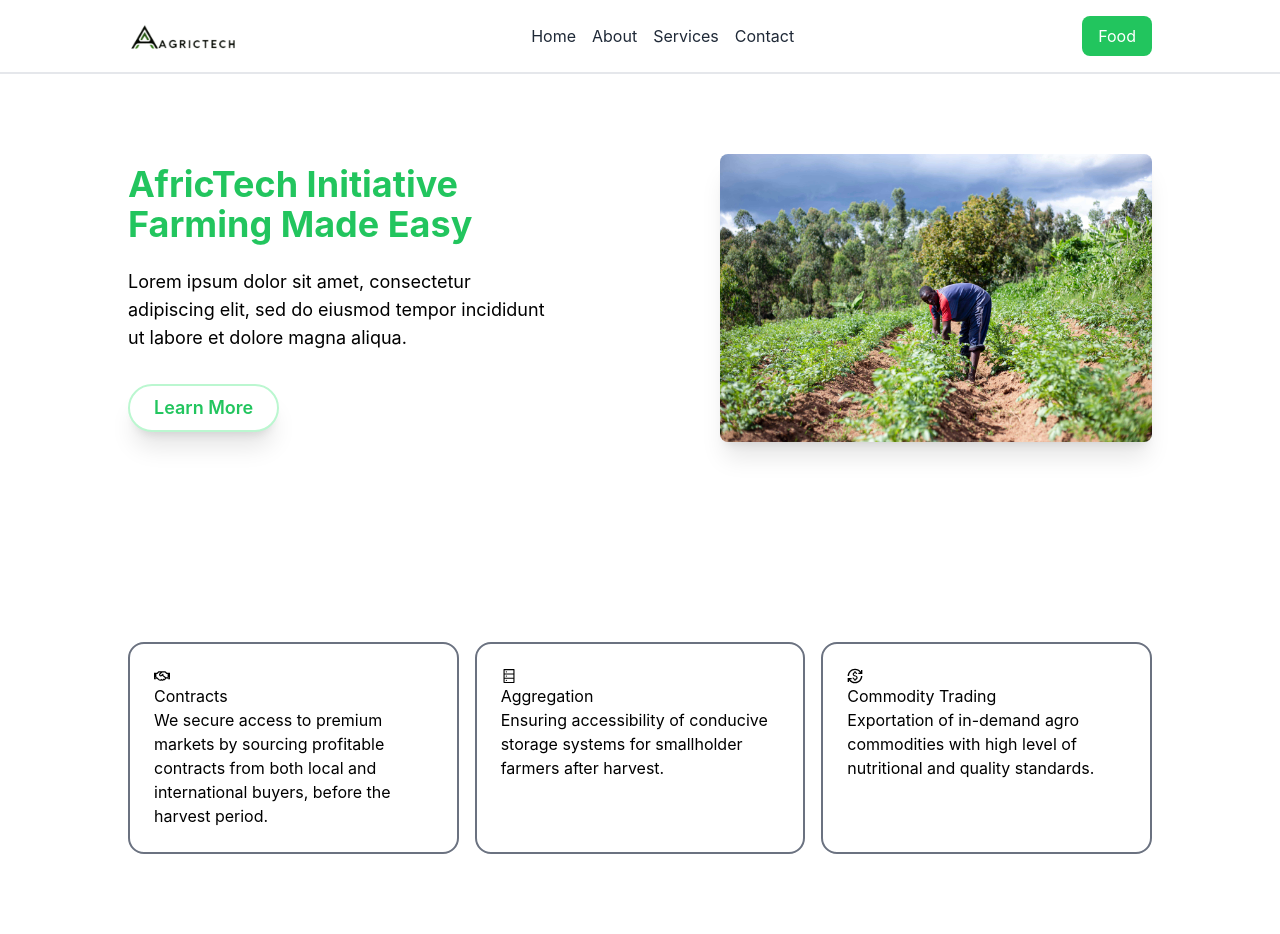
Repository: akinolapo/agric-tech
Page: /
These files come from the project's save history. The page is drawn as it stood at one moment and after the next save; the edit follows.
The browser window is 1280 px wide. The pictures show the whole page.
The project was rebuilt for these pictures with package versions that can differ from the ones it lists, and the page was loaded fresh each time.

Above is the page before, as saved 2023-05-27 09:27:00.

After the next save:
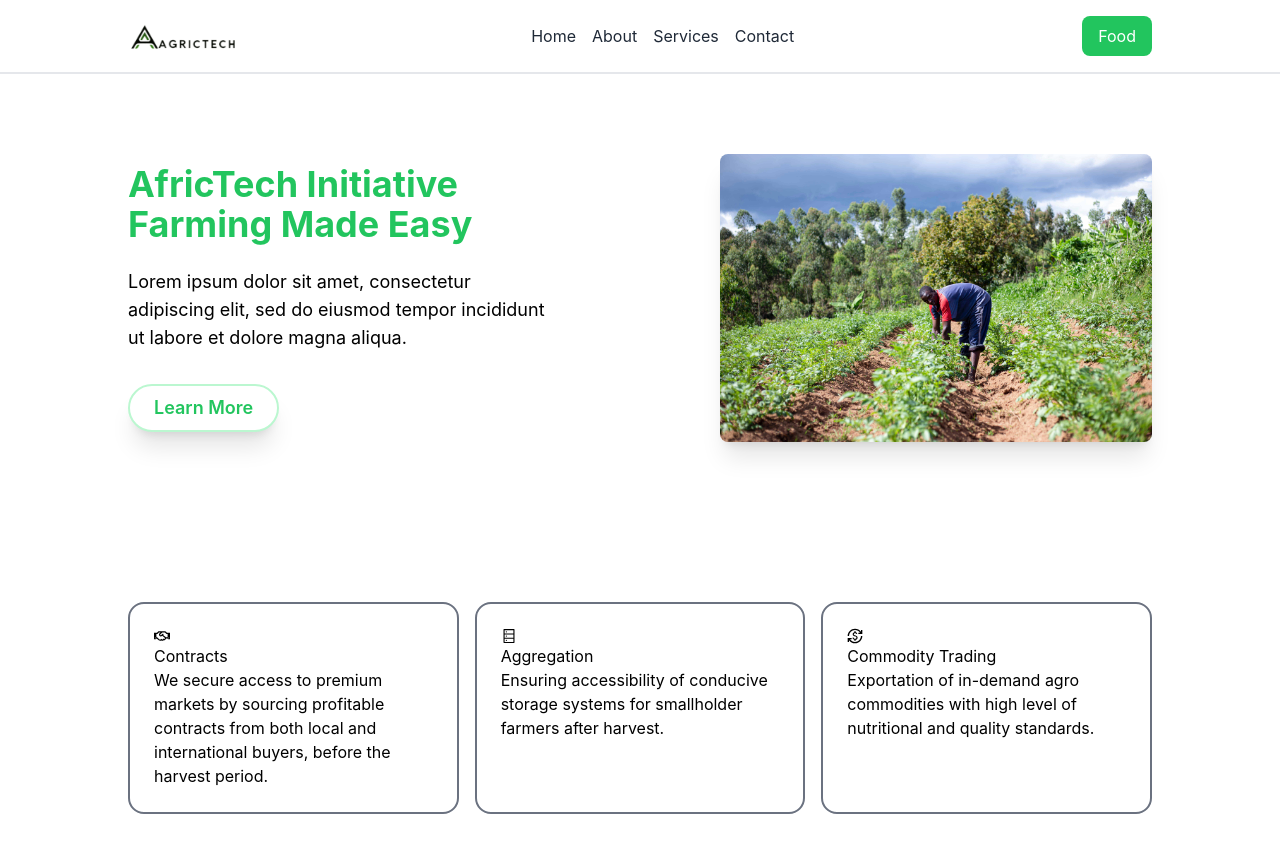
Saved 11 s later.
--- a/src/components/Value.jsx
+++ b/src/components/Value.jsx
@@ -29,7 +29,7 @@ const data= [
 
 const Value = () => {
   return (
-    <div className='mt-10 block md:grid md:gap-4 md: grid-cols-2 lg:grid-cols-3 py-20 px-5 sm:px-32'>
+    <div className='mt-10 block md:grid md:gap-4 md: grid-cols-2 lg:grid-cols-3 py-10 px-5 sm:px-32'>
         {
             data.map(({id, icon, title, description})=>{
                 return(
